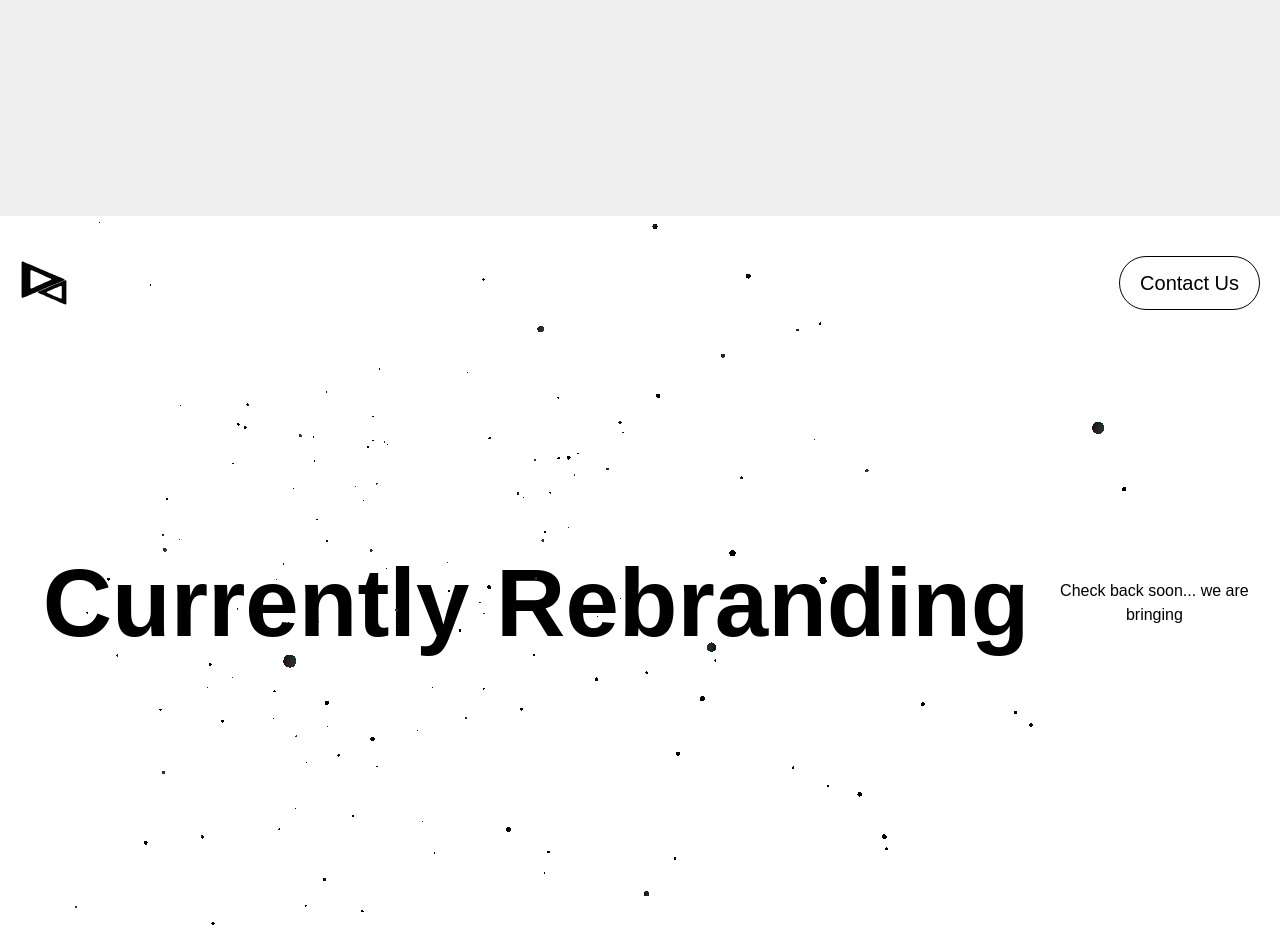
Repository: Cybugg/Nexxistudios-new
Page: /
The author's editor kept a copy of each file at every save. The page is drawn from the files as they stood at one save, then again after a run of saves.
The browser window is 1280 px wide. The pictures show the whole page.
The project was rebuilt for these pictures with package versions that can differ from the ones it lists, and the page was loaded fresh each time. The framework's server and built-in components were replaced by stand-ins that run in the browser. Also part of the build but not shown: next.config.mjs.

Above is the page before, as saved 2025-09-06 15:38:56.

### app/layout.js
import { Geist, Geist_Mono } from "next/font/google";
import localFont from "next/font/local";
import "./globals.css";
import Particles from "./Effects/Particles";


const geistSans = Geist({
  variable: "--font-geist-sans",
  subsets: ["latin"],
});
const clashGrotesk = localFont({
  src:"./../public/fonts/TTF/ClashGrotesk-Variable.ttf",
  variable:"--font-clashGrotesk"
})

const geistMono = Geist_Mono({
  variable: "--font-geist-mono",
  subsets: ["latin"],
});

export const metadata = {
  title: "Create Next App",
  description: "Generated by create next app",
};

export default function RootLayout({ children }) {
  return (
    <html lang="en">
      <body
        className={`${geistSans.variable} ${geistMono.variable} antialiased relative ${clashGrotesk.variable} `}>
            <div className="absolute w-full h-screen">
              <Particles particleColors={['#000000', '#000000']}
    particleCount={300}
    particleSpread={10}
    speed={0.1}
    particleBaseSize={100}
    moveParticlesOnHover={true}
    alphaParticles={false}
    disableRotation={false}
  />
        </div>

        {children}
      </body>
    </html>
  );
}

### app/page.js
"use client"
import { useGSAP } from "@gsap/react";
import TopNav from "./components/topNav";
import gsap from 'gsap';
import { useRef } from "react";
import Particles from "./Effects/Particles";




export default function Home() {
  const boxRef = useRef(null);
  useGSAP(() => {

    gsap.to("#progress", {
      width:"95%",
      duration:3,
      ease: 'power2.out',
    });
  },);

  return (
    <div className="grid grid-rows-[20px_1fr_20px] min-h-screen p-3 px-5  sm:p-5 bg-white text-black font-clashGrotesk">
      <main className="flex flex-col  row-start-2 items-center mx-auto container" >

      {/* Nav section */}
  <TopNav />
      {/* Hero */}
      <section className="h-full w-full flex items-center justify-center">
    <div className="">
    {/* <div className="text-3xl">
    Re-branding in Progress...
    </div> */}
    <div className="flex items-center justify-center w-full">

{/* Main Text */}
<h1 className=" text-black flex items-center justify-center  w-full font-bold  text-8xl">
Currently Rebranding
</h1>
{/* Sub-text */}
<p>
  Check back soon... we are bringing
</p>
    </div>

    <div>

    </div>
    </div>
      </section>

      </main>
      <footer className="row-start-3 flex gap-[24px] flex-wrap items-center justify-center">

      </footer>
    </div>
  );
}

### app/globals.css
@import "tailwindcss";

:root {
  --background: #ffffff;
  --foreground: #171717;
}

@theme inline {
  --color-background: var(--background);
  --color-foreground: var(--foreground);
  --font-sans: var(--font-geist-sans);
  --font-mono: var(--font-geist-mono);
}

@media (prefers-color-scheme: dark) {
  :root {
    --background: #0a0a0a;
    --foreground: #ededed;
  }
}

body {
  background: var(--background);
  color: var(--foreground);
  font-family: Arial, Helvetica, sans-serif;
}

@keyframes load {
  0% {
    top: 4.5rem;
  }
  70% {
    top: 1.125rem;
  }
  90% {
    top: 0;
  }
  95% {
    top: 0;
  }
  100% {
    top: 4.5rem;
  }
}
@keyframes liquid-1 {
  0% {
    height: 0;
    opacity: 0;
    top: -0.5rem;
  }
  22% {
    height: 0.28125rem;
    top: 0.375rem;
    opacity: 1;
  }
  25% {
    top: -0.25rem;
  }
  35% {
    height: 1.125rem;
    top: -0.5rem;
  }
  55% {
    height: 0.28125rem;
    top: -0.125rem;
  }
  60% {
    height: 0.61875rem;
    opacity: 1;
    top: -0.275rem;
  }
  96% {
    height: 0.84375rem;
    opacity: 0;
    top: 0.5rem;
  }
  100% {
    height: 0;
    opacity: 0;
  }
}
@keyframes liquid-2 {
  0% {
    height: 0;
    opacity: 0;
    top: -0.5rem;
  }
  17.5% {
    height: 0.28125rem;
    top: 0.2rem;
    opacity: 1;
  }
  20% {
    top: -0.25rem;
  }
  25% {
    height: 1.40625rem;
    top: -0.625rem;
  }
  45% {
    height: 0.28125rem;
    top: -0.125rem;
  }
  60% {
    height: 1.40625rem;
    opacity: 1;
    top: -0.5rem;
  }
  96% {
    height: 0.84375rem;
    opacity: 0;
    top: 0.5rem;
  }
  100% {
    height: 0;
    opacity: 0;
  }
}
.battery {
  display: inline-block;
  position: relative;
  width: 2.25rem;
  height: 4.5rem;
  box-shadow: 0 0 0 0.2rem #425c77;
  background: white;
  border-radius: 0.09rem;
}
.battery:before {
  content: "";
  position: absolute;
  left: 0.5625rem;
  right: 0.5625rem;
  top: -0.3375rem;
  height: 0.3375rem;
  width: 1.125rem;
  background: #425c77;
  border-radius: 0.18rem;
}
.battery:after {
  content: "";
  position: absolute;
  top: 0;
  bottom: 0;
  left: 0;
  right: 0;
  border-right: 2.25rem solid transparent;
  border-bottom: 4.05rem solid rgba(255, 255, 255, 0.325);
}

.liquid {
  position: absolute;
  top: 0;
  bottom: 0;
  left: 0;
  right: 0;
  width: 2.25rem;
  background: #71fb85;
  animation: load 2.25s infinite;
}
.liquid:after, .liquid:before {
  content: "";
  position: absolute;
  top: -0.5rem;
  height: 1.125rem;
  width: 1.4625rem;
  background: #71fb85;
  border-radius: 50%;
  opacity: 0;
}
.liquid:after {
  right: 0;
  animation: liquid-1 2.25s infinite;
}
.liquid:before {
  left: 0;
  animation: liquid-2 2.25s infinite;
}

body {
  padding-top: 30vh;
  background: #efefef;
  text-align: center;
}

@keyframes power {
  0% {
    color: #bcbcbc;
  }
  75% {
    color: #bcbcbc;
    text-shadow: none;
  }
  90% {
    color: #58fa70;
    text-shadow: 0 0 0.8em #71fb85;
  }
  100% {
    color: #bcbcbc;
    text-shadow: none;
  }
}
h5 {
  font-family: Lato, sans-serif;
  font-weight: 300;
  letter-spacing: 0.025rem;
  text-transform: uppercase;
  color: #bcbcbc;
  animation: power 2.25s infinite;
}

### app/Effects/Particles.js
"use client"

import { useEffect, useRef } from 'react';
import { Renderer, Camera, Geometry, Program, Mesh } from 'ogl';

const defaultColors = ['#ffffff', '#ffffff', '#ffffff'];

const hexToRgb = hex => {
  hex = hex.replace(/^#/, '');
  if (hex.length === 3) {
    hex = hex
      .split('')
      .map(c => c + c)
      .join('');
  }
  const int = parseInt(hex, 16);
  const r = ((int >> 16) & 255) / 255;
  const g = ((int >> 8) & 255) / 255;
  const b = (int & 255) / 255;
  return [r, g, b];
};

const vertex = /* glsl */ `
  attribute vec3 position;
  attribute vec4 random;
  attribute vec3 color;

  uniform mat4 modelMatrix;
  uniform mat4 viewMatrix;
  uniform mat4 projectionMatrix;
  uniform float uTime;
  uniform float uSpread;
  uniform float uBaseSize;
  uniform float uSizeRandomness;

  varying vec4 vRandom;
  varying vec3 vColor;

  void main() {
    vRandom = random;
    vColor = color;

    vec3 pos = position * uSpread;
    pos.z *= 10.0;

    vec4 mPos = modelMatrix * vec4(pos, 1.0);
    float t = uTime;
    mPos.x += sin(t * random.z + 6.28 * random.w) * mix(0.1, 1.5, random.x);
    mPos.y += sin(t * random.y + 6.28 * random.x) * mix(0.1, 1.5, random.w);
    mPos.z += sin(t * random.w + 6.28 * random.y) * mix(0.1, 1.5, random.z);

    vec4 mvPos = viewMatrix * mPos;

    if (uSizeRandomness == 0.0) {
      gl_PointSize = uBaseSize;
    } else {
      gl_PointSize = (uBaseSize * (1.0 + uSizeRandomness * (random.x - 0.5))) / length(mvPos.xyz);
    }

    gl_Position = projectionMatrix * mvPos;
  }
`;

const fragment = /* glsl */ `
  precision highp float;

  uniform float uTime;
  uniform float uAlphaParticles;
  varying vec4 vRandom;
  varying vec3 vColor;

  void main() {
    vec2 uv = gl_PointCoord.xy;
    float d = length(uv - vec2(0.5));

    if(uAlphaParticles < 0.5) {
      if(d > 0.5) {
        discard;
      }
      gl_FragColor = vec4(vColor + 0.2 * sin(uv.yxx + uTime + vRandom.y * 6.28), 1.0);
    } else {
      float circle = smoothstep(0.5, 0.4, d) * 0.8;
      gl_FragColor = vec4(vColor + 0.2 * sin(uv.yxx + uTime + vRandom.y * 6.28), circle);
    }
  }
`;

const Particles = ({
  particleCount = 200,
  particleSpread = 10,
  speed = 0.1,
  particleColors,
  moveParticlesOnHover = false,
  particleHoverFactor = 1,
  alphaParticles = false,
  particleBaseSize = 100,
  sizeRandomness = 1,
  cameraDistance = 20,
  disableRotation = false,
  className
}) => {
  const containerRef = useRef(null);
  const mouseRef = useRef({ x: 0, y: 0 });

  useEffect(() => {
    const container = containerRef.current;
    if (!container) return;

    const renderer = new Renderer({ depth: false, alpha: true });
    const gl = renderer.gl;
    container.appendChild(gl.canvas);
    gl.clearColor(0, 0, 0, 0);

    const camera = new Camera(gl, { fov: 15 });
    camera.position.set(0, 0, cameraDistance);

    const resize = () => {
      const width = container.clientWidth;
      const height = container.clientHeight;
      renderer.setSize(width, height);
      camera.perspective({ aspect: gl.canvas.width / gl.canvas.height });
    };
    window.addEventListener('resize', resize, false);
    resize();

    const handleMouseMove = e => {
      const rect = container.getBoundingClientRect();
      const x = ((e.clientX - rect.left) / rect.width) * 2 - 1;
      const y = -(((e.clientY - rect.top) / rect.height) * 2 - 1);
      mouseRef.current = { x, y };
    };

    if (moveParticlesOnHover) {
      container.addEventListener('mousemove', handleMouseMove);
    }

    const count = particleCount;
    const positions = new Float32Array(count * 3);
    const randoms = new Float32Array(count * 4);
    const colors = new Float32Array(count * 3);
    const palette = particleColors && particleColors.length > 0 ? particleColors : defaultColors;

    for (let i = 0; i < count; i++) {
      let x, y, z, len;
      do {
        x = Math.random() * 2 - 1;
        y = Math.random() * 2 - 1;
        z = Math.random() * 2 - 1;
        len = x * x + y * y + z * z;
      } while (len > 1 || len === 0);
      const r = Math.cbrt(Math.random());
      positions.set([x * r, y * r, z * r], i * 3);
      randoms.set([Math.random(), Math.random(), Math.random(), Math.random()], i * 4);
      const col = hexToRgb(palette[Math.floor(Math.random() * palette.length)]);
      colors.set(col, i * 3);
    }

    const geometry = new Geometry(gl, {
      position: { size: 3, data: positions },
      random: { size: 4, data: randoms },
      color: { size: 3, data: colors }
    });

    const program = new Program(gl, {
      vertex,
      fragment,
      uniforms: {
        uTime: { value: 0 },
        uSpread: { value: particleSpread },
        uBaseSize: { value: particleBaseSize },
        uSizeRandomness: { value: sizeRandomness },
        uAlphaParticles: { value: alphaParticles ? 1 : 0 }
      },
      transparent: true,
      depthTest: false
    });

    const particles = new Mesh(gl, { mode: gl.POINTS, geometry, program });

    let animationFrameId;
    let lastTime = performance.now();
    let elapsed = 0;

    const update = t => {
      animationFrameId = requestAnimationFrame(update);
      const delta = t - lastTime;
      lastTime = t;
      elapsed += delta * speed;

      program.uniforms.uTime.value = elapsed * 0.001;

      if (moveParticlesOnHover) {
        particles.position.x = -mouseRef.current.x * particleHoverFactor;
        particles.position.y = -mouseRef.current.y * particleHoverFactor;
      } else {
        particles.position.x = 0;
        particles.position.y = 0;
      }

      if (!disableRotation) {
        particles.rotation.x = Math.sin(elapsed * 0.0002) * 0.1;
        particles.rotation.y = Math.cos(elapsed * 0.0005) * 0.15;
        particles.rotation.z += 0.01 * speed;
      }

      renderer.render({ scene: particles, camera });
    };

    animationFrameId = requestAnimationFrame(update);

    return () => {
      window.removeEventListener('resize', resize);
      if (moveParticlesOnHover) {
        container.removeEventListener('mousemove', handleMouseMove);
      }
      cancelAnimationFrame(animationFrameId);
      if (container.contains(gl.canvas)) {
        container.removeChild(gl.canvas);
      }
    };
    // eslint-disable-next-line react-hooks/exhaustive-deps
  }, [
    particleCount,
    particleSpread,
    speed,
    moveParticlesOnHover,
    particleHoverFactor,
    alphaParticles,
    particleBaseSize,
    sizeRandomness,
    cameraDistance,
    disableRotation
  ]);

  return <div ref={containerRef} className={`relative w-full h-full ${className}`} />;
};

export default Particles;

### app/components/topNav.js
import Image from 'next/image';
import React from 'react'
import logo from "@/assets/images/logo-light.svg"

function TopNav() {
  return (
    <div className="flex justify-between items-center w-full">
    {/* Logo */}
    <div>
      <Image src={logo} width={48} height={46} alt="nexxistudios's logo" />
    </div>
    <ul>
      <li className="py-3 px-5 text-xl rounded-full border cursor-pointer">
Contact Us
      </li>
    </ul>
  </div>
  )
}

export default TopNav;

After the next 9 saves:
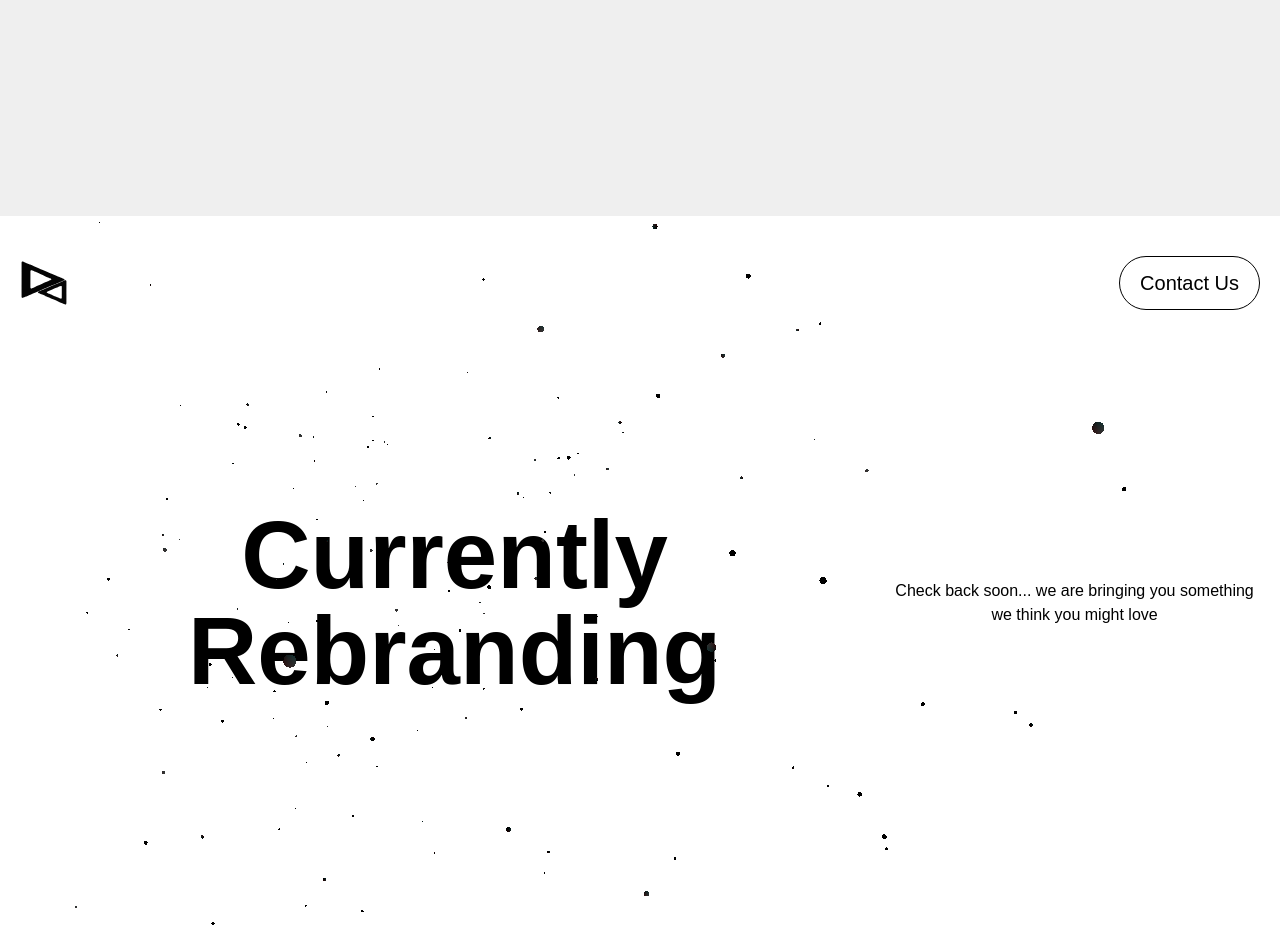
The 9 saves are shown as one change because they came seconds apart.
The last was saved 17 s later.
--- a/app/page.js
+++ b/app/page.js
@@ -39,7 +39,7 @@ Currently Rebranding
 </h1>
 {/* Sub-text */}
 <p>
-  Check back soon... we are bringing
+  Check back soon... we are bringing you something we think you might love
 </p>
     </div>
 
